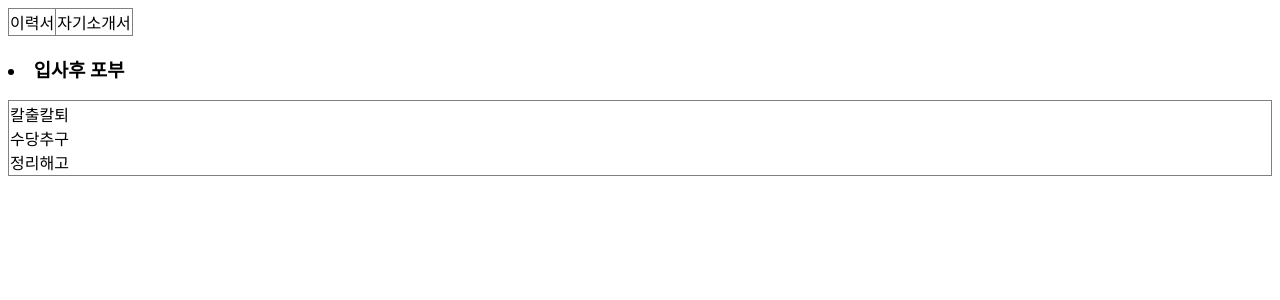
Repository: porivas/140630_Java
Page: http://localhost/web4_resume/totalLayout.jsp
These files come from the project's save history. The page is drawn as it stood at one moment and after the next save; the edit follows.
The browser window is 1280 px wide. The pictures show the whole page.
The page is served by Tomcat 9.

Above is the page before, as saved 2014-09-25 07:39:21.

After the next save:
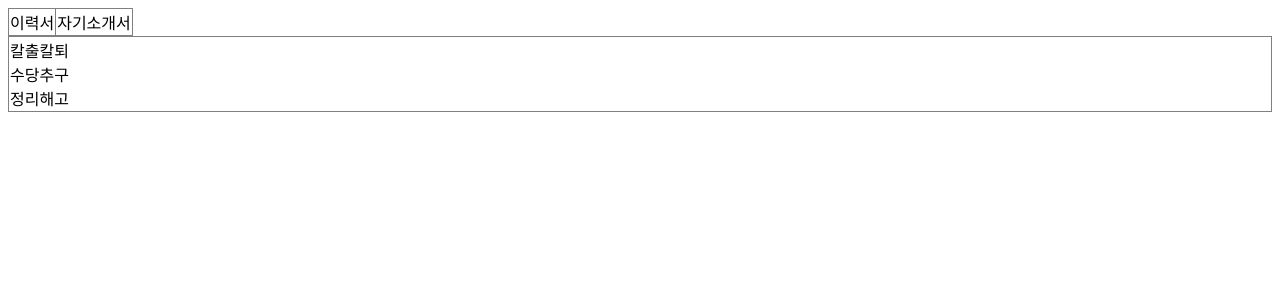
Saved 14 s later.
--- a/web4_resume/WebContent/totalLayout.jsp
+++ b/web4_resume/WebContent/totalLayout.jsp
@@ -20,7 +20,6 @@
 			</tr>
 		</table>
 		</div>
-	<h3><li> 입사후 포부</h3></li>
 		<div id="story2">
 		<type = text/css>
 		<style type="text/css">
